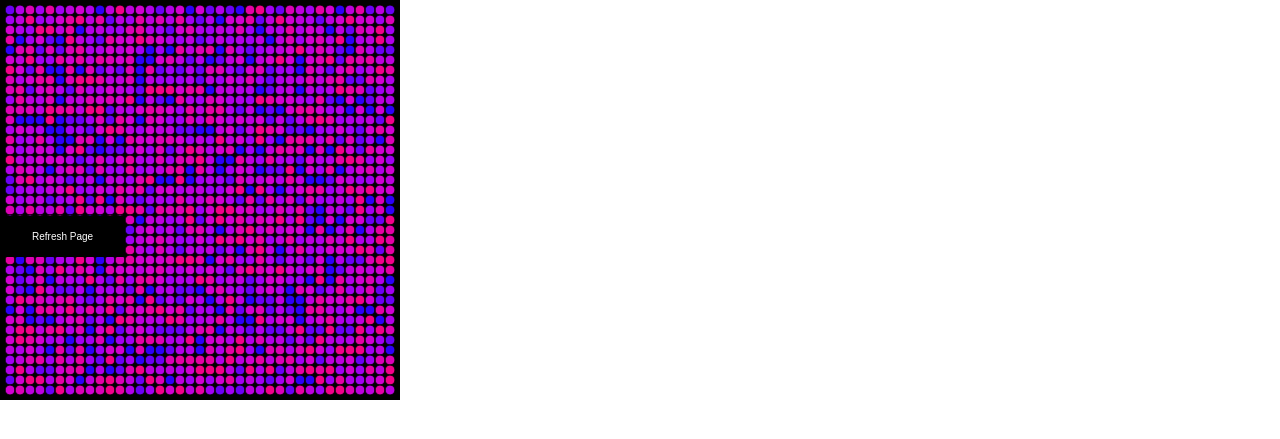
Repository: patriciqa/GenComp
Page: content/day02/pattern/index.html
An editor plug-in stored every save of this project. The page is shown before and after the next save, followed by the edit.
The browser window is 1280 px wide. The pictures show the whole page.

Above is the page before, as saved 2021-09-30 11:19:10.

After the next save:
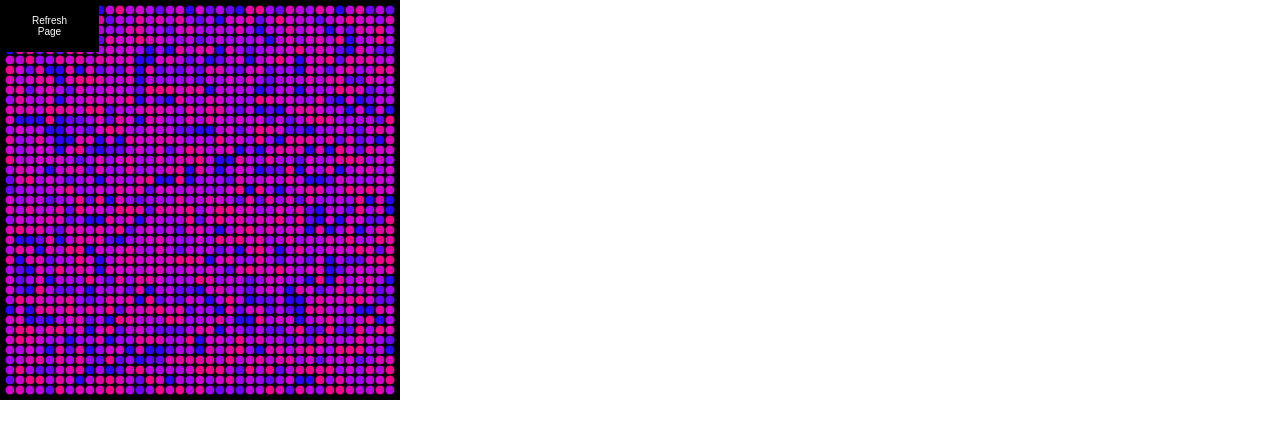
Saved 34 s later.
--- a/content/day02/pattern/style.css
+++ b/content/day02/pattern/style.css
@@ -19,3 +19,6 @@
   font-size: 10px;
   top: 30%;
 }
+#refresh-button {
+position: absolute;
+}
